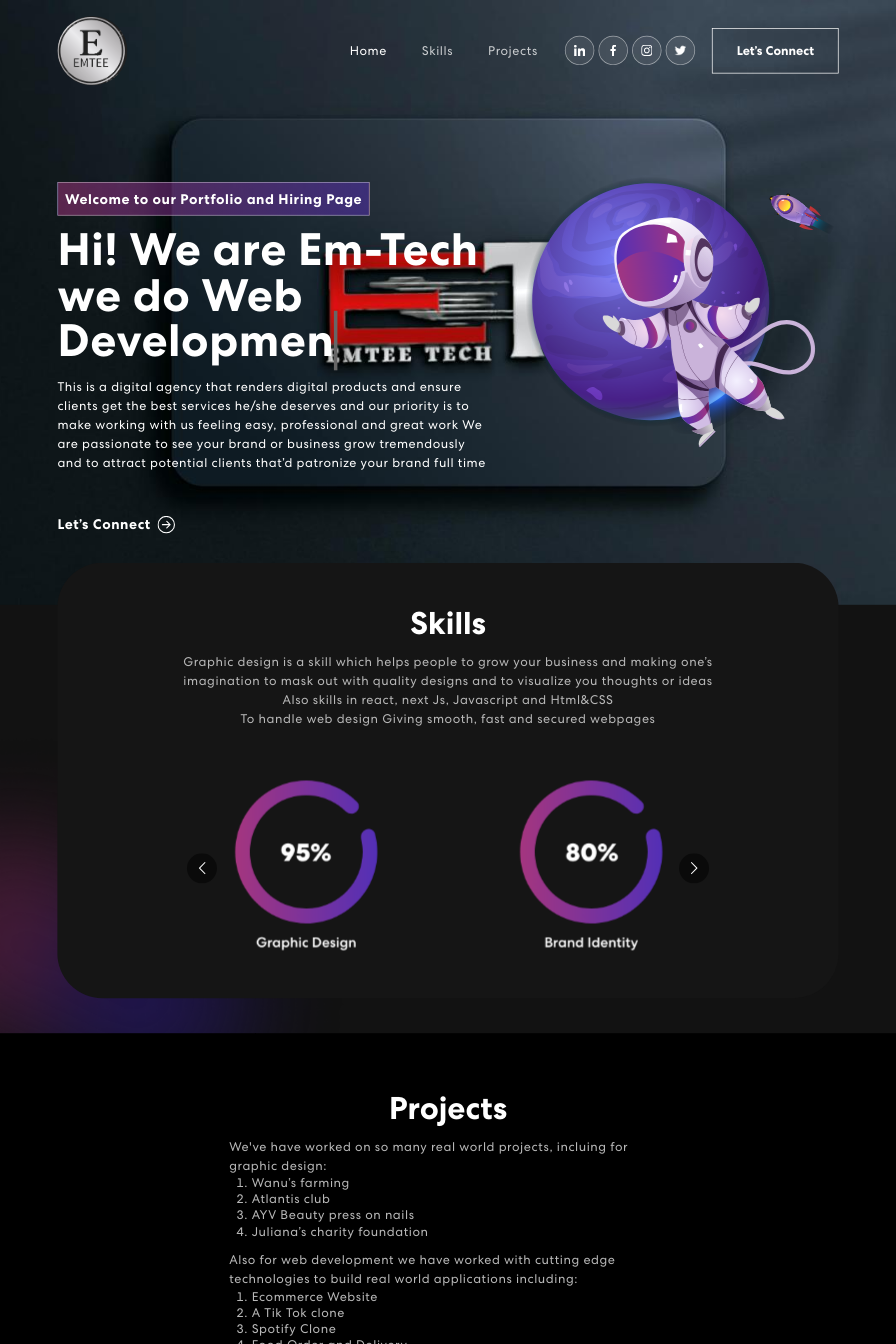
Repository: EmmanuelKeifala/emtee
Page: /
An editor plug-in stored every save of this project. The page is shown before and after the next save, followed by the edit.
The browser window is 1280 px wide. The pictures show the part of the page from y = 0 to 1920 px (the page is 3803 px tall before and 3933 px after), at 70% of full size.
The project was rebuilt for these pictures with package versions that can differ from the ones it lists, and the page was loaded fresh each time. Some packages were replaced by stand-ins written for this rebuild.

Above is the page before, as saved 2022-09-30 18:34:20.

After the next save:
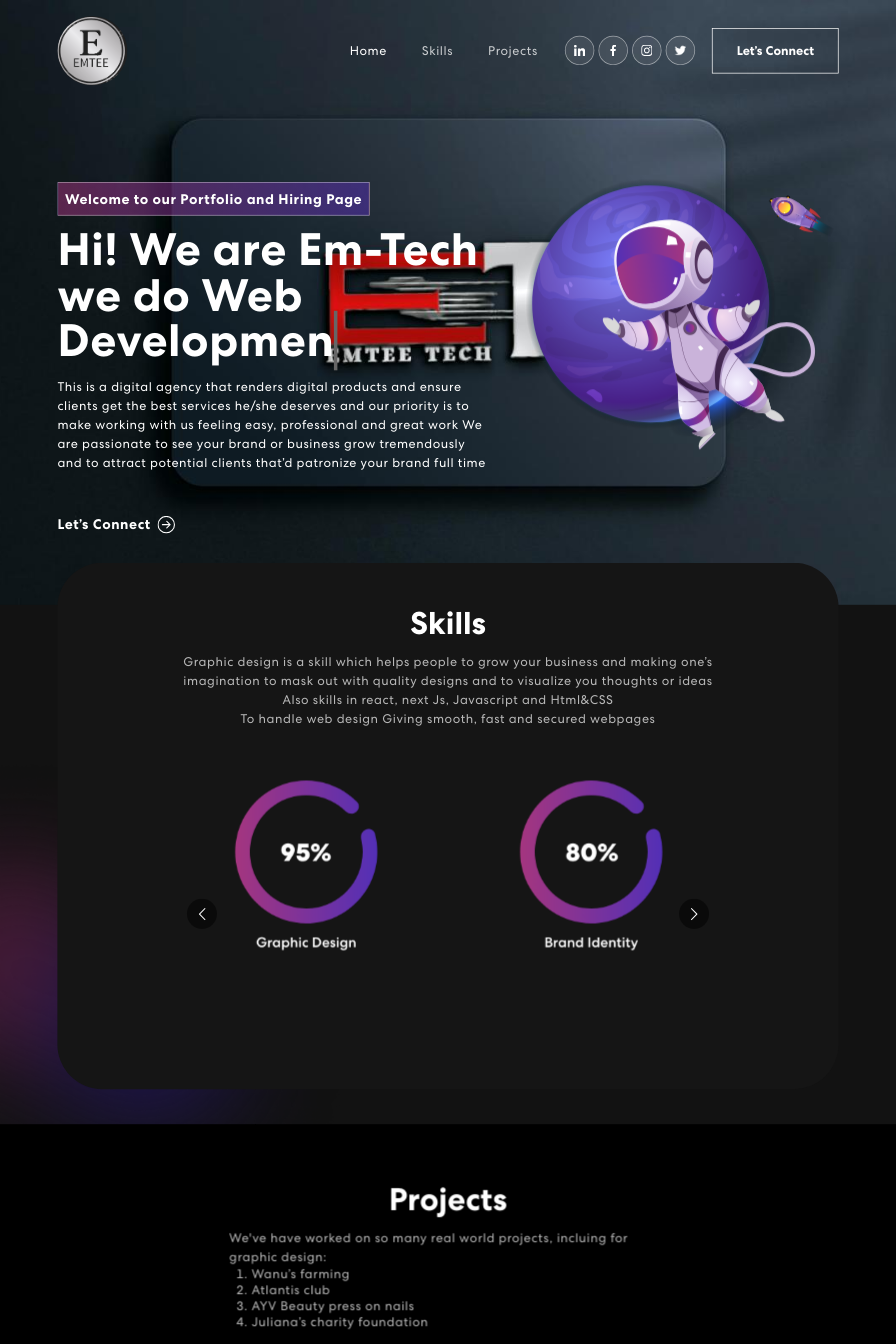
Saved 46 s later.
--- a/src/Components/Skills.jsx
+++ b/src/Components/Skills.jsx
@@ -59,7 +59,7 @@
                   <h5>Logo Design</h5>
                 </div>
                 <div className="item">
-                  <img src={meter1} alt="Image" />
+                  <img src={arrow1} alt="Image" />
                   <h5>Web Development</h5>
                 </div>
               </Carousel>

After the save that followed:
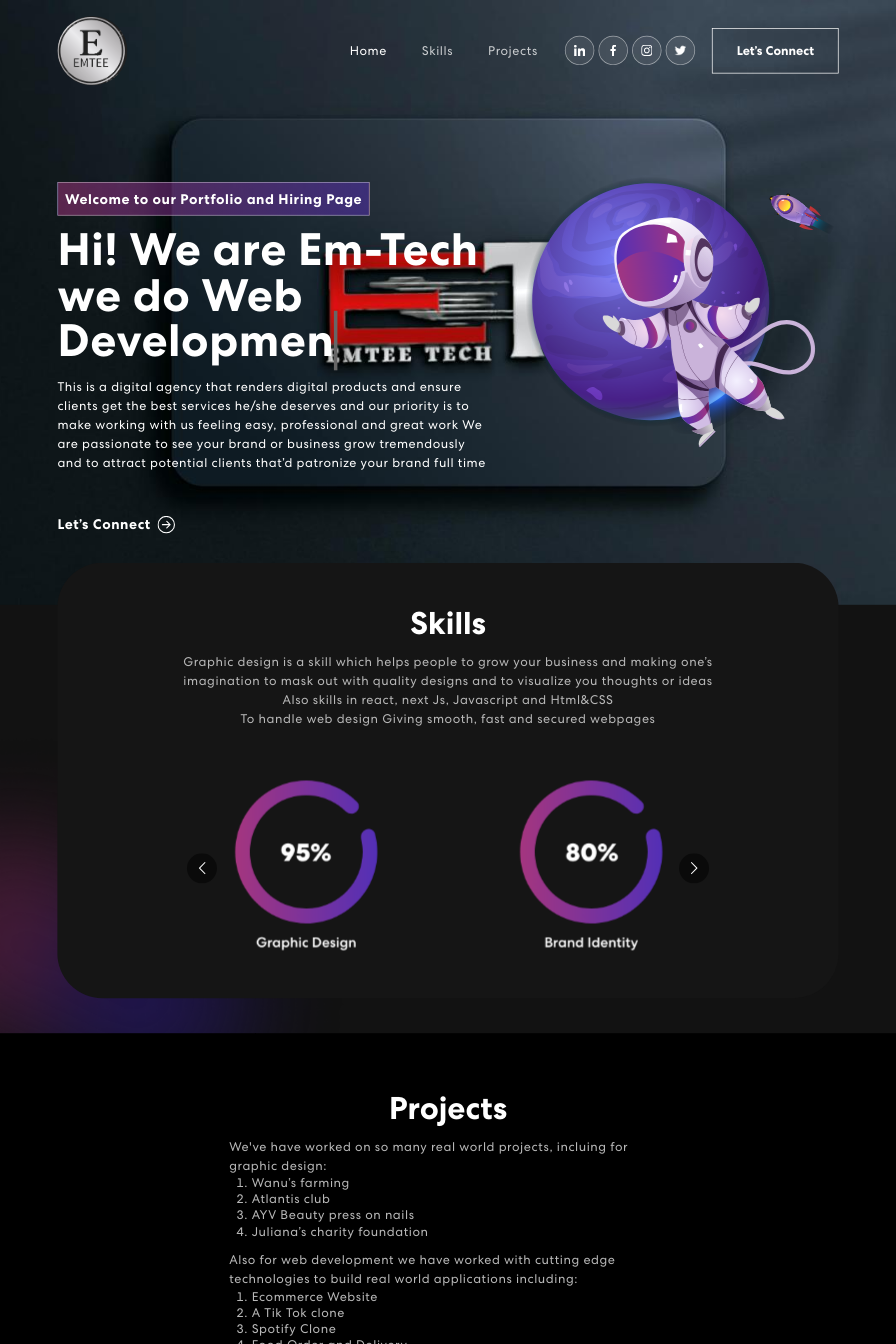
Saved 20 s later.
--- a/src/Components/Skills.jsx
+++ b/src/Components/Skills.jsx
@@ -59,7 +59,7 @@
                   <h5>Logo Design</h5>
                 </div>
                 <div className="item">
-                  <img src={arrow1} alt="Image" />
+                  <img src={meter1} alt="Image" />
                   <h5>Web Development</h5>
                 </div>
               </Carousel>
